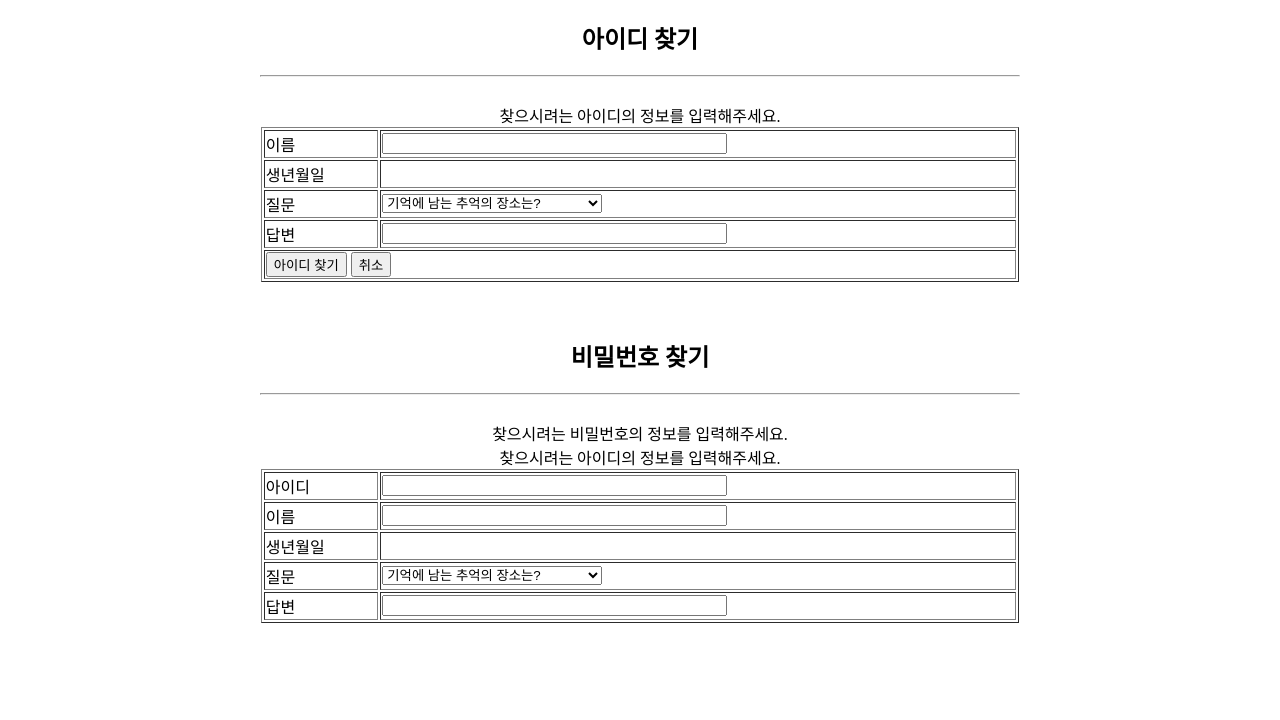
Repository: Leewonhoo/kostaweb
Page: http://localhost/FirstProject/search.jsp
These files come from the project's save history. The page is drawn as it stood at one moment and after the next save; the edit follows.
The browser window is 1280 px wide. The pictures show the whole page.
The page is served by Tomcat 9.

Above is the page before, as saved 2017-09-14 06:20:55.

After the next save:
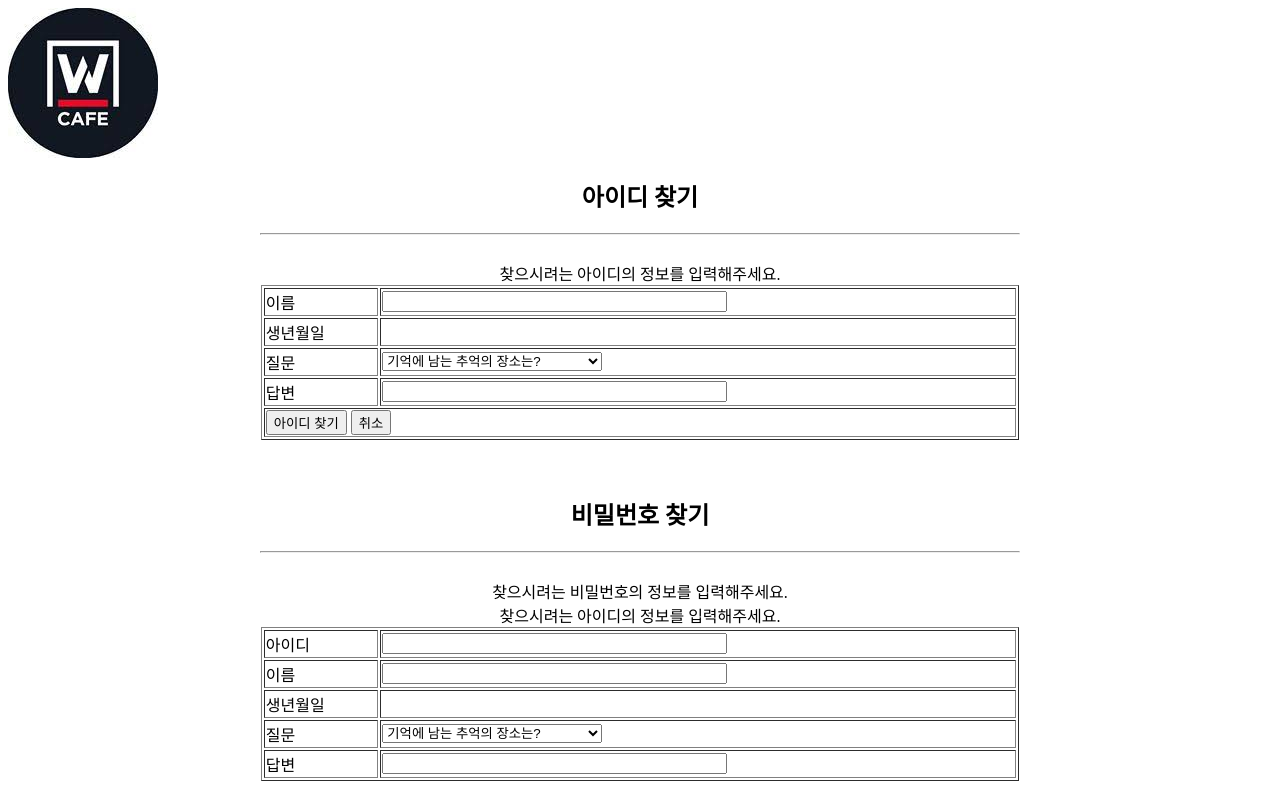
Saved 86 s later.
--- a/FirstProject/WebContent/search.jsp
+++ b/FirstProject/WebContent/search.jsp
@@ -8,6 +8,8 @@
 <title>Insert title here</title>
 </head>
 <body>
+	<img alt="로고" src="images/Logo.jpg">
+
 	<h2 align="center">아이디 찾기</h2>
 	<hr align="center" width="60%"><br>
 
